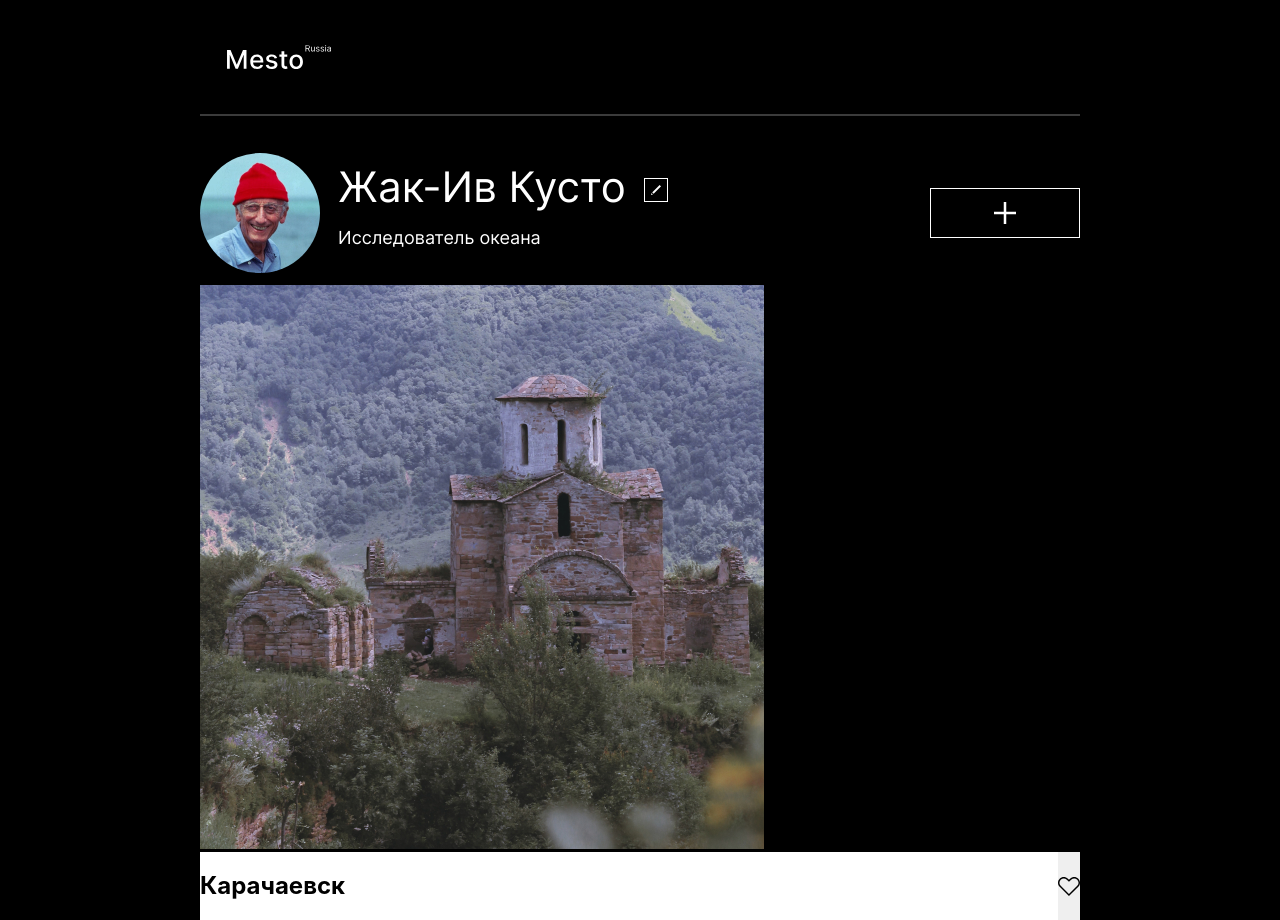
Repository: dyond/mesto
Page: index.html
The author's editor kept a copy of each file at every save. The page is drawn from the files as they stood at one save, then again after the next save.
The browser window is 1280 px wide. The pictures show the whole page.
Some web fonts or font styles are not loaded; a fallback is used.

Above is the page before, as saved 2022-11-28 19:33:21.

After the next save:
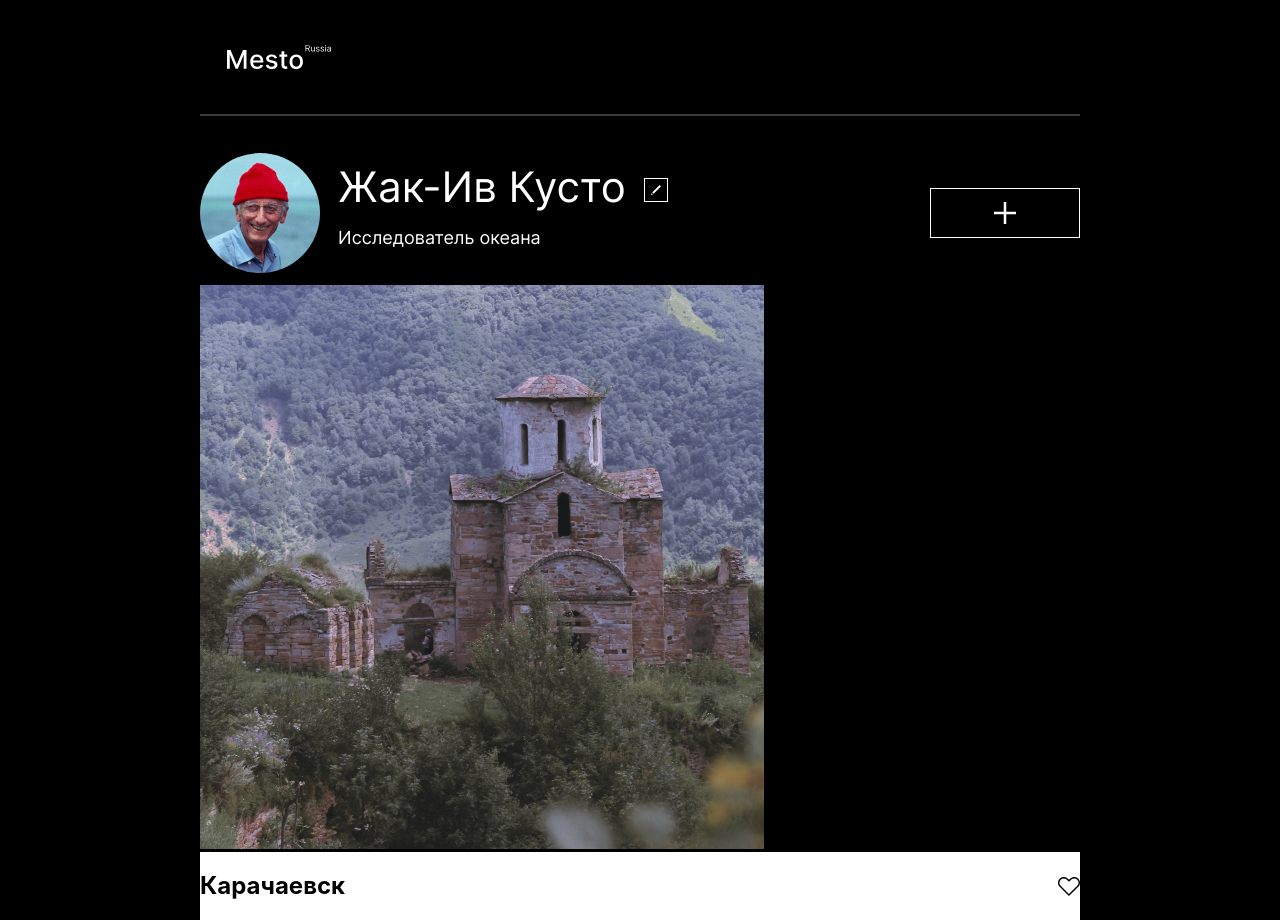
Saved 7 s later.
--- a/blocks/cards/card/__button/card__button.css
+++ b/blocks/cards/card/__button/card__button.css
@@ -1,7 +1,7 @@
 .card__button{
   padding: 0;
   font-size: 0;
-  /* background: transparent; */
+  background: transparent;
   border: none;
   color: #fff;
 }
